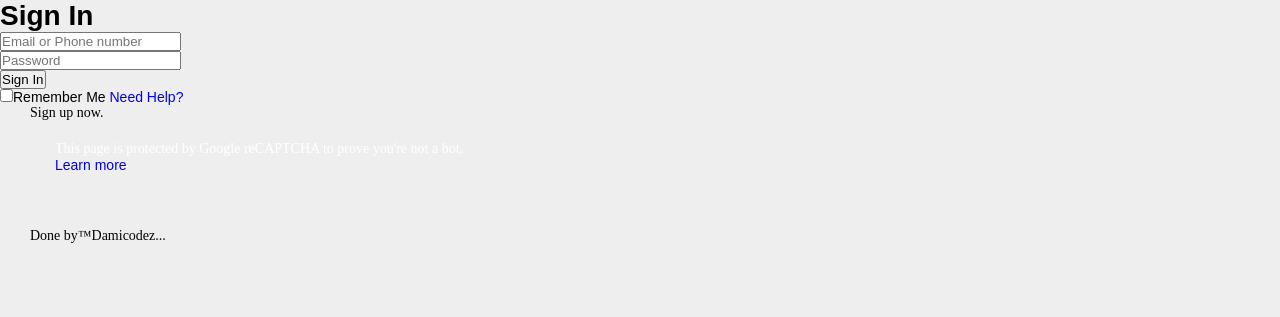
Repository: isaacCodes1/Kumo-Website.
Page: Form2.html
These files come from the project's save history. The page is drawn as it stood at one moment and after the next save; the edit follows.
The browser window is 1280 px wide. The pictures show the whole page.

Above is the page before, as saved 2024-03-26 11:39:06.

After the next save:
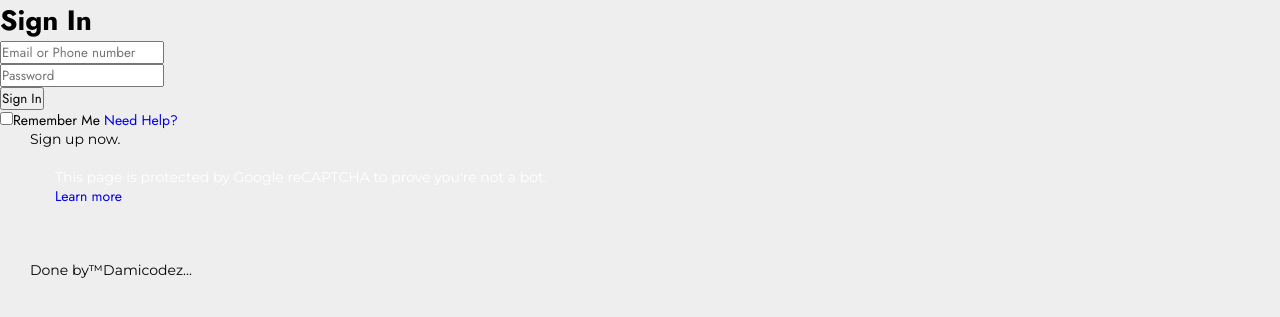
Saved 17 s later.
--- a/Form2.html
+++ b/Form2.html
@@ -5,6 +5,10 @@
     <meta name="viewport" content="width=device-width, initial-scale=1.0">
     <link rel="stylesheet" href="Mediaquery.css">
     <link rel="stylesheet" href="style.css">
+    <link
+    href="https://fonts.googleapis.com/css2?family=Bricolage+Grotesque:opsz,wght@12..96,200..800&family=Jost:ital,wght@0,100..900;1,100..900&family=Montserrat:ital,wght@0,100..900;1,100..900&family=Poppins:ital,wght@0,100;0,200;0,300;0,400;0,500;0,600;0,700;0,800;0,900;1,100;1,200;1,300;1,400;1,500;1,600;1,700;1,800;1,900&display=swap"
+    rel="stylesheet"
+  />
     <title>Document</title>
 </head>
 <body>
